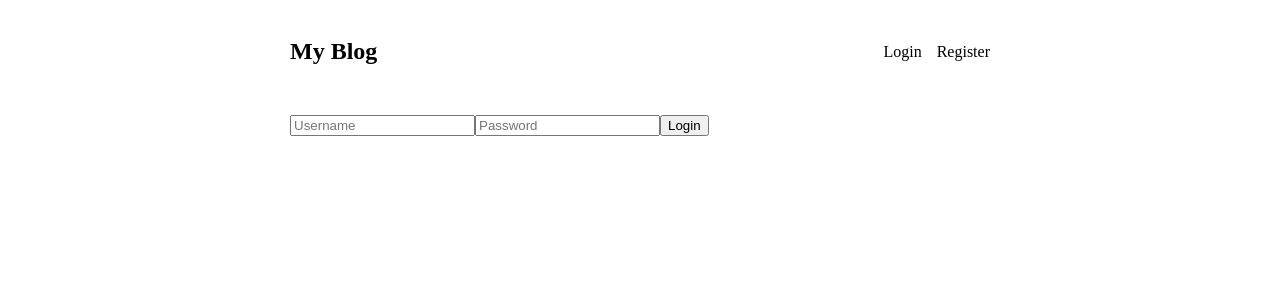
Repository: AtenaHatta/blog-app
Page: /login (app in client/vite-project/)
These files come from the project's save history. The page is drawn as it stood at one moment and after the next save; the edit follows.
The browser window is 1280 px wide. The pictures show the whole page.
The project was rebuilt for these pictures with package versions that can differ from the ones it lists, and the page was loaded fresh each time. Also part of the build but not shown: client/vite-project/src/Post.jsx, client/vite-project/src/pages/IndexPage.jsx, client/vite-project/src/pages/RegisterPage.jsx, client/vite-project/src/index.css.

Above is the page before, as saved 2023-05-23 22:57:48.

### client/vite-project/src/App.jsx
import './App.css'
import Post from './Post'
import Header from './Header'
import Layout from '@/Layout'
import IndexPage from '@/pages/IndexPage'
import LoginPage from '@/pages/LoginPage'
import RegisterPage from '@/pages/RegisterPage'
import { Routes, Route } from 'react-router-dom'

function App() {

  return (
    <Routes>
    <Route path='/' element={<Layout />} >
      <Route index element={<IndexPage />} />
      <Route path='/login' element={<LoginPage />} />
      <Route path='/register' element={<RegisterPage />}/>
      </Route>
    </Routes>
  )
}

export default App

### client/vite-project/src/App.css
body{
  background-color: white;
  color: black;
}

img{
  max-width: 100%;
}

main{
  padding: 10px;
  max-width: 700px;
  margin: 0 auto;
}

header{
  display: flex;
  justify-content: space-between;
  margin-top: 20px;
  margin-bottom: 50px;
  align-items: center;
}

header a{
  text-decoration: none;
  color: inherit;
}

header a.logo{
  font-weight: bold;
  font-size: 1.5rem;
}

header nav{
  display: flex;
  gap: 15px;
}

div.post{
  display: grid;
  grid-template-columns: 0.9fr 1.1fr;
  gap: 20px;
  margin-bottom: 30px;
}

div.post div.texts h2{
  margin: 0;
  font-size: 1.8rem;
}

div.post p.info{
  margin: 6px 0;
  color: #888;
  font-size: 0.7rem;
  font-weight:  bold;
  display: flex;
  gap: 10px;
}

div.post info a.author{
  color: #333;
}

div.post p.summary{
  margin: 10px 0;
  line-height: 1.4rem;
}

### client/vite-project/src/Header.jsx
export default function Header() {

    return(
        <header>
        <a href='' className='logo'>My Blog</a>
        <nav>
          <a href=''>Login</a>
          <a href=''>Register</a>
        </nav>
      </header>
    )
}

### client/vite-project/src/Layout.jsx
import Header from './Header';
import { Outlet } from 'react-router-dom';

export default function Layout(){
    return(
    <main>
        <Header />
        <Outlet />
    </main>
    );
}

### client/vite-project/src/pages/LoginPage.jsx
export default function LoginPage() {
    return(
        <div>
            <form action='login'>
                <input type="text" placeholder="Username" />
                <input type="password" placeholder="Password" />
                <button>Login</button>
            </form>
        </div>
    )
}

Loaded but not shown: client/vite-project/index.html (common file); client/vite-project/src/main.jsx (common file)

After the next save:
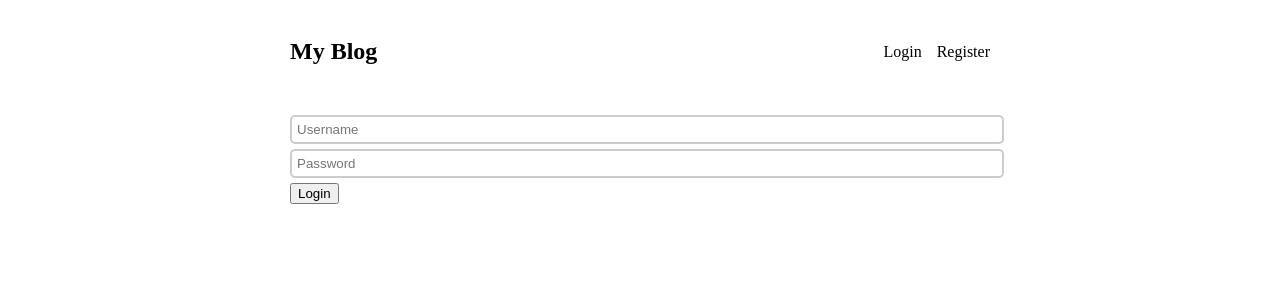
Saved 2 min 18 s later.
--- a/client/vite-project/src/App.css
+++ b/client/vite-project/src/App.css
@@ -65,3 +65,18 @@ div.post p.summary{
   margin: 10px 0;
   line-height: 1.4rem;
 }
+
+form.login, form.register{
+  max-width: 400px;
+  margin: 0 auto;
+}
+
+input{
+  display: block;
+  margin-bottom:  5px;
+  width: 100%;
+  padding: 5px;
+  border: 2px solid #ccc;
+  border-radius: 5px;
+  background-color: #fff;
+}
